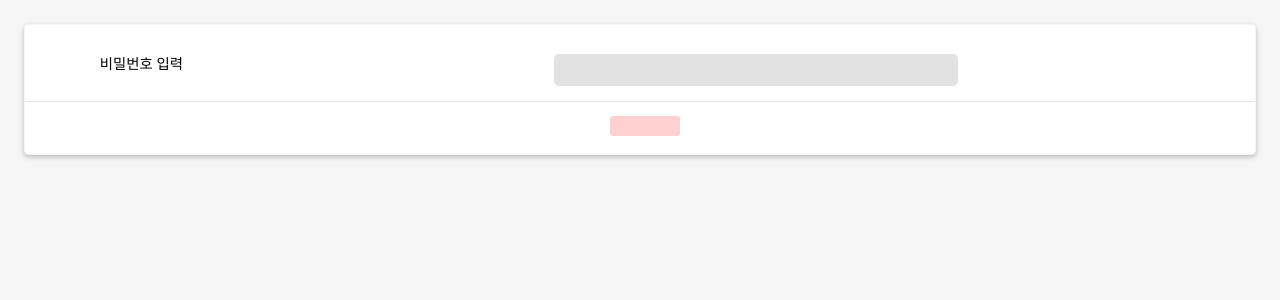
Repository: ssoo0011/school
Page: http://localhost/SBoard/MVCBoard/Pass.jsp
An editor plug-in stored every save of this project. The page is shown before and after the next save, followed by the edit.
The browser window is 1280 px wide. The pictures show the whole page.
Some web fonts or font styles are not loaded; a fallback is used. The page is served by Tomcat 9. Other server files are loaded and not shown.

Above is the page before, as saved 2023-03-22 01:13:23.

### JSP/SBoard/WebContent/MVCBoard/Pass.jsp
<%@ page language="java" contentType="text/html; charset=UTF-8"
    pageEncoding="UTF-8"%>
<!DOCTYPE html>
<html>
<head>
<link href="../table.css" type = "text/css" rel = "stylesheet">
<meta charset="UTF-8">
<title>Insert title here</title>
</head>
<body>
	<form action="<%=request.getContextPath() %>/MVCBoard/pass.do" method="post">
		<table>
			<tr>
				<td>비밀번호 입력</td>
				<td><input type= 'password' name = 'pass'></td>
			</tr>
			<tr>
				<td colspan="2"><button type = 'submit'></button></td>
			</tr>
		</table>
	</form>
</body>
</html>

### JSP/SBoard/WebContent/table.css
*{
    margin: auto;
    font-family: 'NanumSquareNeo-Variable';
}
@font-face {
    font-family: 'NanumSquareNeo-Variable';
    src: url('https://cdn.jsdelivr.net/gh/projectnoonnu/noonfonts_11-01@1.0/NanumSquareNeo-Variable.woff2') format('woff2');
    font-weight: normal;
    font-style: normal;
}
#title{
    width: 500px;
    height: 80px;
    margin-top: 50px;
}

[type = text], [type = password]{
    width: 400px;
    height: 30px;
    background-color: #e2e2e2;
    color: white;
    border-radius: 5px;
    border: none;
    margin-top : 15px;
    display : block;
}

select{
    border: none;
    font-size: 15px;
}
[type = submit], button{
    width: 70px;
    height: 20px;
    margin-left: 10px;
    background-color: #ffd0d0;
    border: none;
    border-radius : 3px;
}
[type = submit]:active{
    background-color: #fdbbbb;
    border: solid 1px pink;
}

body {
    padding:1.5em;
    background: #f5f5f5
}

table {
  border: 1px #a39485 solid;
  font-size: .9em;
  box-shadow: 0 2px 5px rgba(0,0,0,.25);
  width: 100%;
  border-collapse: collapse;
  border-radius: 5px;
  overflow: hidden;
  text-align : center;
}

th {
  text-align: left;
}

thead {
  font-weight: bold;
  color: #fff;
  background: #73685d;
}

td, th {
  padding: 1em .5em;
  vertical-align: middle;
}

td {
  border-bottom: 1px solid rgba(0,0,0,.1);
  background: #fff;
}

a {
  color: #73685d;
}

@media all and (max-width: 768px) {

  table, thead, tbody, th, td, tr {
    display: block;
  }

  th {
    text-align: right;
  }

  table {
    position: relative;
    padding-bottom: 0;
    border: none;
    box-shadow: 0 0 10px rgba(0,0,0,.2);
  }

  thead {
    float: left;
    white-space: nowrap;
  }

  tbody {
    overflow-x: auto;
    overflow-y: hidden;
    position: relative;
    white-space: nowrap;
  }

  tr {
    display: inline-block;
    vertical-align: top;
  }

  th {
    border-bottom: 1px solid #a39485;
  }

  td {
    border-bottom: 1px solid #e5e5e5;
  }


}

After the next save:
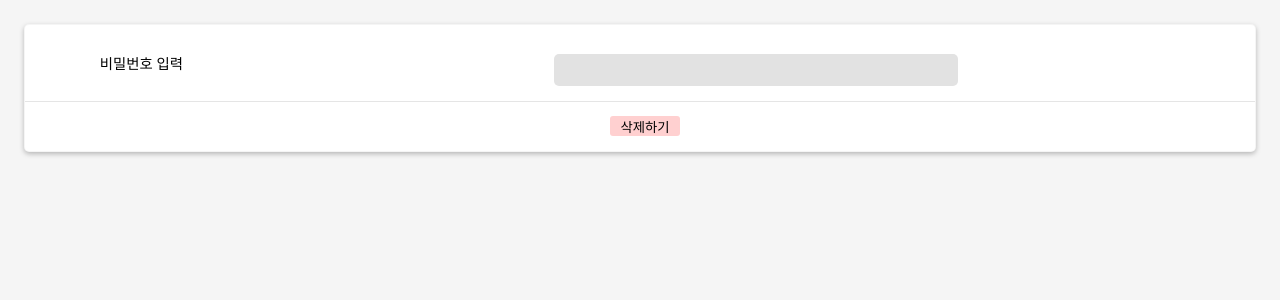
Saved 9 s later.
--- a/JSP/SBoard/WebContent/MVCBoard/Pass.jsp
+++ b/JSP/SBoard/WebContent/MVCBoard/Pass.jsp
@@ -15,7 +15,7 @@
 				<td><input type= 'password' name = 'pass'></td>
 			</tr>
 			<tr>
-				<td colspan="2"><button type = 'submit'></button></td>
+				<td colspan="2"><button type = 'submit'>삭제하기</button></td>
 			</tr>
 		</table>
 	</form>
